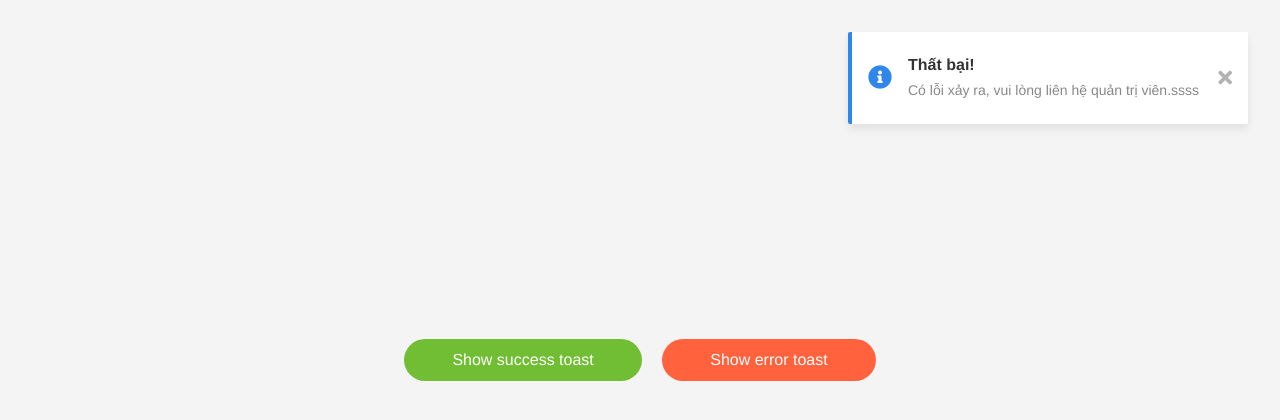
Repository: vuongtm1999/Toast_Message
Page: toast-message.html
An editor plug-in stored every save of this project. The page is shown before and after the next save, followed by the edit.
The browser window is 1280 px wide. The pictures show the whole page.
After loading, the first visible `div.btn--danger` was clicked once.

Above is the page before, as saved 2022-09-01 16:03:23.

### toast-message.html
<!DOCTYPE html>
<html lang="en">
  <head>
    <meta charset="UTF-8" />
    <meta http-equiv="X-UA-Compatible" content="IE=edge" />
    <meta name="viewport" content="width=device-width, initial-scale=1.0" />
    <link
      rel="stylesheet"
      href="https://cdnjs.cloudflare.com/ajax/libs/font-awesome/5.15.1/css/all.min.css"
      integrity="sha512-+4zCK9k+qNFUR5X+cKL9EIR+ZOhtIloNl9GIKS57V1MyNsYpYcUrUeQc9vNfzsWfV28IaLL3i96P9sdNyeRssA=="
      crossorigin="anonymous"
    />
    <link rel="stylesheet" href="toast-message.css" />
    <script type="text/javascript" src="toast-message.js"></script>
    <title>Toast message</title>
  </head>
  <body>
    <div id="toast">

    </div>

    <div>
      <div onclick="showSuccessToast();" class="btn btn--success">
        Show success toast
      </div>
      <div onclick="showErrorToast();" class="btn btn--danger">
        Show error toast
      </div>
    </div>

    <script>
      function showSuccessToast() {
        toast({
          title: "Thành công!",
          message: "Bạn đã đăng ký thành công tài khoản tại F8.",
          type: "success",
          duration: 4000,
        });
      }

      function showErrorToast() {
        toast({
          title: "Thất bại!",
          message: "Có lỗi xảy ra, vui lòng liên hệ quản trị viên.",
          type: "info",
          duration: 5000000,
        });
      }
    </script>
  </body>
</html>

### toast-message.css
* {
    padding: 0;
    margin: 0;
    box-sizing: border-box;
}

body {
    height: 100vh;
    display: flex;
    flex-direction: column;
    font-family: "Helvetica Neue";
    background-color: #f4f4f5;
}

body>div {
    margin: auto;
}

/* ======= Buttons ======== */

/* Block */
.btn {
    display: inline-block;
    text-decoration: none;
    background-color: transparent;
    border: none;
    outline: none;
    color: #fff;
    padding: 12px 48px;
    border-radius: 50px;
    cursor: pointer;
    min-width: 120px;
    transition: opacity 0.2s ease;
}

/* Modifier */
.btn--size-l {
    padding: 16px 56px;
}

.btn--size-s {
    padding: 8px 32px;
}

.btn:hover {
    opacity: 0.8;
}

.btn+.btn {
    margin-left: 16px;
}

.btn--success {
    background-color: #71be34;
}

.btn--warn {
    background-color: #ffb702;
}

.btn--danger {
    background-color: #ff623d;
}

.btn--disabled {
    opacity: 0.5 !important;
    cursor: default;
}

/* ======= Toast message ======== */

#toast {
    position: fixed;
    top: 32px;
    right: 32px;
    z-index: 999999;
}

.toast {
    display: flex;
    align-items: center;
    background-color: #fff;
    border-radius: 2px;
    padding: 20px 0;
    min-width: 400px;
    max-width: 450px;
    border-left: 4px solid;
    box-shadow: 0 5px 8px rgba(0, 0, 0, 0.08);

    transition: all linear 0.3s;
}

@keyframes slideInLeft {
    from {
        opacity: 0;
        transform: translateX(calc(100% + 32px));
    }

    to {
        opacity: 1;
        transform: translateX(0);
    }
}

@keyframes fadeOut {
    to {
        opacity: 0;
    }
}

.toast--success {
    border-color: #47d864;
}

.toast--success .toast__icon {
    color: #47d864;
}

.toast--info {
    border-color: #2f86eb;
}

.toast--info .toast__icon {
    color: #2f86eb;
}

.toast--warning {
    border-color: #ffc021;
}

.toast--warning .toast__icon {
    color: #ffc021;
}

.toast--error {
    border-color: #ff623d;
}

.toast--error .toast__icon {
    color: #ff623d;
}

.toast+.toast {
    margin-top: 24px;
}

.toast__icon {
    font-size: 24px;
}

.toast__icon,
.toast__close {
    padding: 12px 16px;
}

.toast__body {
    flex-grow: 1;
}

.toast__title {
    font-size: 16px;
    font-weight: 600;
    color: #333;
}

.toast__msg {
    font-size: 14px;
    color: #888;
    margin-top: 6px;
    line-height: 1.5;
}

.toast__close {
    font-size: 20px;
    color: rgba(0, 0, 0, 0.3);
    cursor: pointer;
}

### toast-message.js



function toast({ title = '', message = '', type = 'info', duration = 3000}){
    const main = document.getElementById('toast');
    const toast = document.createElement("div");


    if(main){
        const delay = (duration / 1000).toFixed(2);


        // autoRemoveId là timeout Id
        const autoRemoveId = setTimeout(function(){
            main.removeChild(toast);
        }, duration + 1000)

        console.log("autoRemoveId", autoRemoveId)

        toast.onclick = function(e){
            // console.log(e.target)
            // console.log(e.target.closest(".toast__close"))
            if (e.target.closest(".toast__close")) {
                main.removeChild(toast);
                clearTimeout(autoRemoveId);
            }
        }

        const icons = {
            success: "fas fa-check-circle",
            info: "fas fa-info-circle",
            warning: "fas fa-exclamation-circle",
            error: "fas fa-exclamation-circle"
        }

        const icon = icons[type]

        toast.classList.add("toast", `toast--${type}`);
        toast.style.animation = `slideInLeft ease .3s, fadeOut linear 1s ${delay}s forwards`

        toast.innerHTML = `
                            <div class="toast__icon">
                                <i class="${icon}"></i>
                            </div>
                            <div class="toast__body">
                                <h3 class="toast__title">${title}</h3>
                                <p class="toast__msg">${message}ssss</p>
                            </div>
                            <div class="toast__close">
                                <i class="fas fa-times"></i>
                            </div>
                        `


        main.appendChild(toast)
    }





}

After the next save:
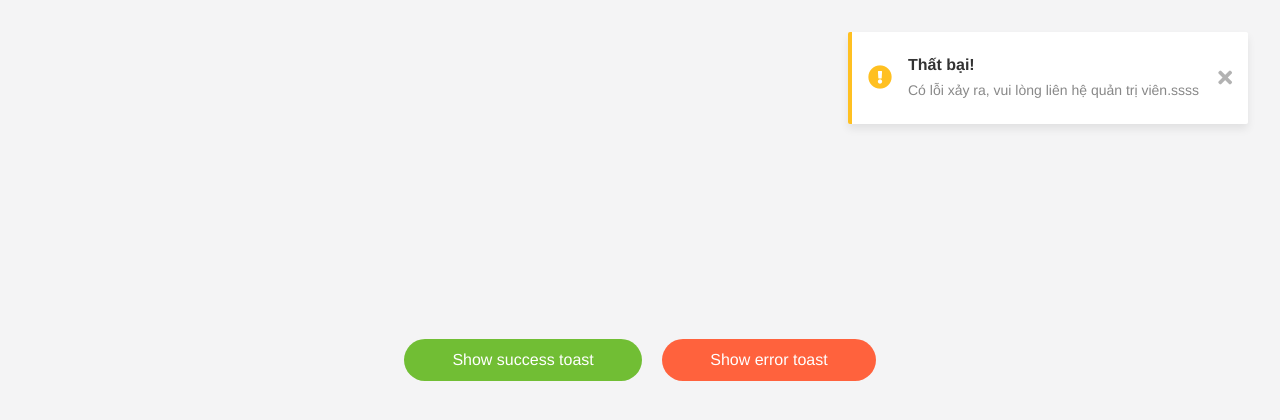
Saved 16 s later.
--- a/toast-message.html
+++ b/toast-message.html
@@ -42,7 +42,7 @@
         toast({
           title: "Thất bại!",
           message: "Có lỗi xảy ra, vui lòng liên hệ quản trị viên.",
-          type: "info",
+          type: "warning",
           duration: 5000000,
         });
       }

After the save that followed:
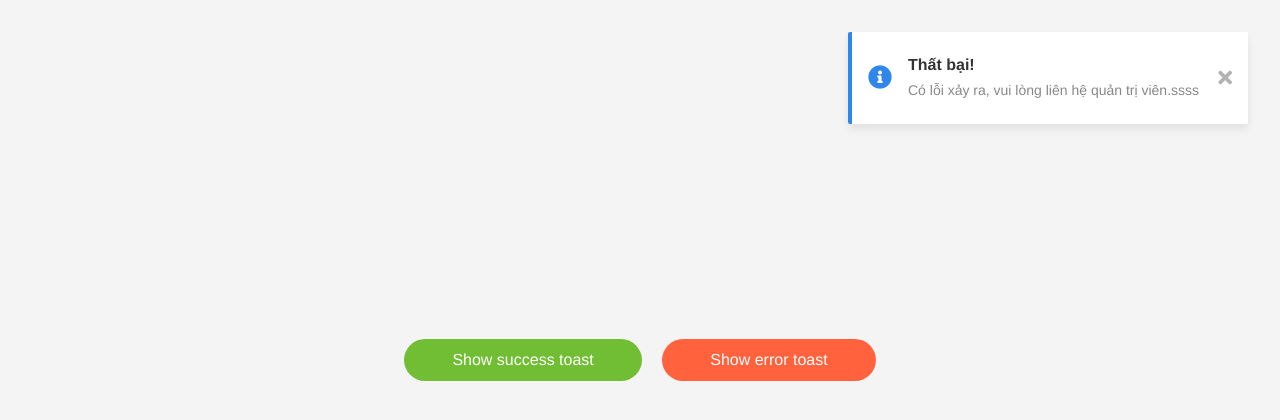
Saved 13 s later.
--- a/toast-message.html
+++ b/toast-message.html
@@ -42,7 +42,7 @@
         toast({
           title: "Thất bại!",
           message: "Có lỗi xảy ra, vui lòng liên hệ quản trị viên.",
-          type: "warning",
+          type: "info",
           duration: 5000000,
         });
       }
